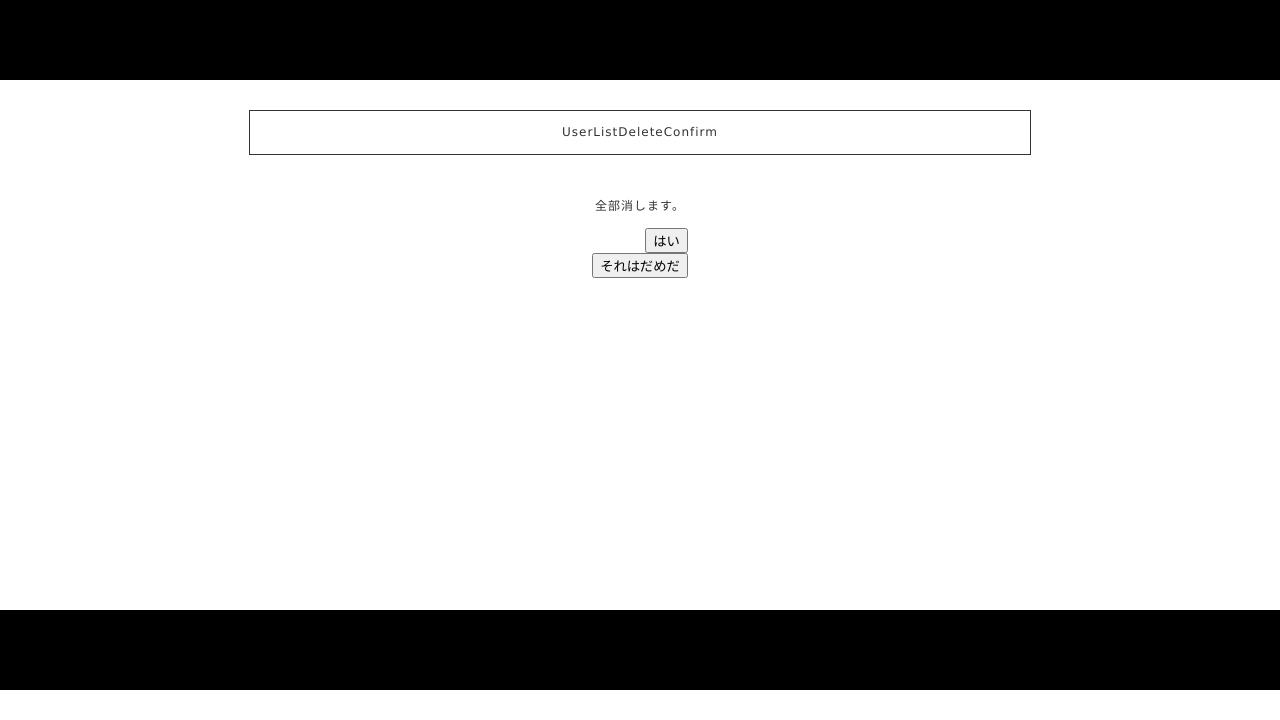
Repository: user-yo-yo/test
Page: http://localhost/ecsite/userListDeleteConfirm.jsp
These files come from the project's save history. The page is drawn as it stood at one moment and after the next save; the edit follows.
The browser window is 1280 px wide. The pictures show the whole page.
The page is served by Tomcat 9. Other server files are loaded and not shown.

Above is the page before, as saved 2019-03-14 07:02:16.

### ecsite/WebContent/userListDeleteConfirm.jsp
<%@ page language="java" contentType="text/html; charset=UTF-8"
    pageEncoding="UTF-8"%>
<%@ taglib prefix="s" uri="/struts-tags"%>
<!DOCTYPE html>
<html>
<head>
<meta http-equiv="Content-Type" content="text/html; charset=UTF-8" />
<meta http-equiv="Content-Style-Type" content="text/css" />
<meta http-equiv="Content-Script-Type" content="text/javascript" />
<meta http-equiv="imagetoolbar" content="no" />
<meta name="description" content="" />
<meta name="keywords" content="" />
<title>UserListDeleteConfirm画面</title>

<style type="text/css">
/* ========TAG LAYOUT======== */
body{
	margin:0;
	padding:0;
	line-height:1.6;
	letter-spacing:1px;
	font-family:Verdana,Helvetica,sans-serif;
	font-size:12px;
	color:#333;
	background:#fff;
}

table{
	text-align:center;
	margin:0 auto;
}

/* ========ID LAYOUT======== */
#top{
	width:780px;
	margin:30px auto;
	border:1px solid #333;
}

#header{
	width:100%;
	height:80px;
	background-color:black;
}

#main{
	width:100%;
	height:500px;
	text-align:center;
}

#footer{
	width:100%;
	height:80px;
	background-color:black;
	clear:both;
}

#text-center{
	display:inline-block;
	text-align:center;
}

</style>

</head>
<body>
	<div id="header">
		<div id="pr">
		</div>
	</div>

	<div id="main">
		<div id="top">
			<p>UserListDeleteConfirm</p>
		</div>
		<div id="text-center">
			<p>全部消します。</p>
			<s:submit value="はい" />
			<s:submit value="それはだめだ" />
		</div>
	</div>

	<div id="footer">
		<div id="pr">
		</div>
	</div>

</body>
</html>

After the next save:
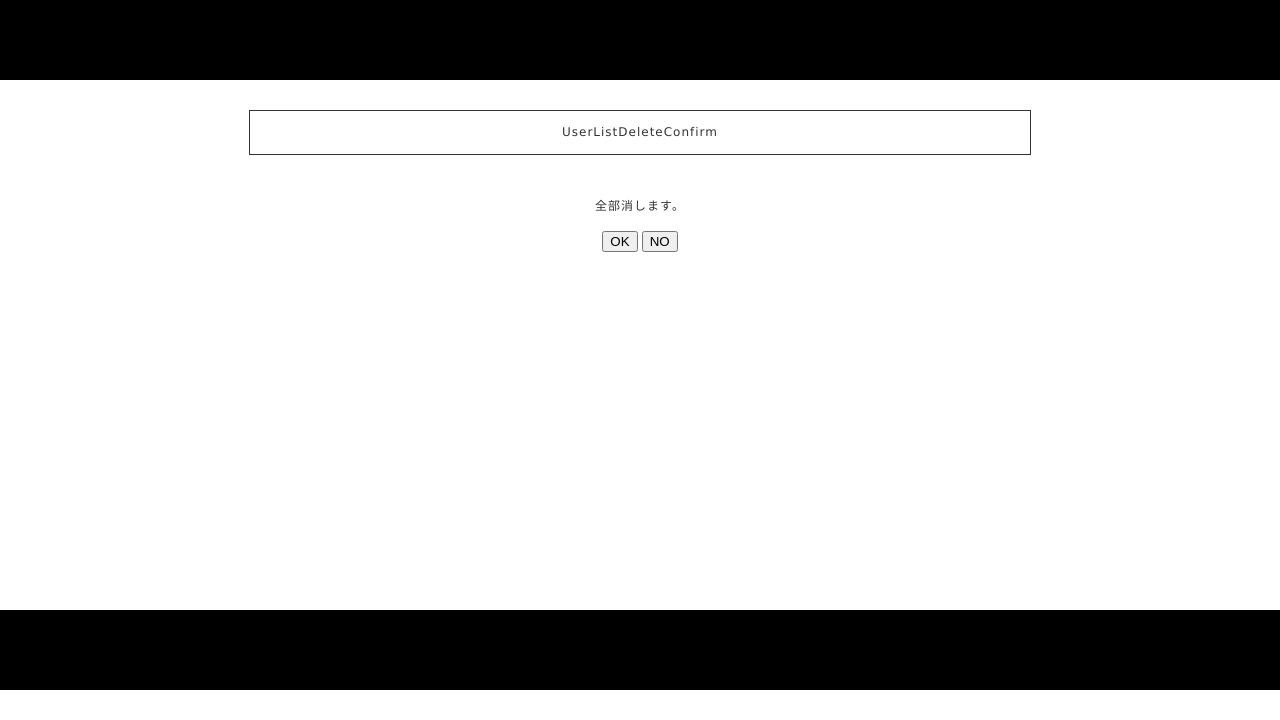
Saved 30 s later.
--- a/ecsite/WebContent/userListDeleteConfirm.jsp
+++ b/ecsite/WebContent/userListDeleteConfirm.jsp
@@ -76,8 +76,12 @@
 		</div>
 		<div id="text-center">
 			<p>全部消します。</p>
-			<s:submit value="はい" />
-			<s:submit value="それはだめだ" />
+			<s:form>
+			<tr>
+				<td><input type="button" value="OK" onclick="submitAction('ItemListDeleteCompleteAction')"/></td>
+				<td><input type="button" value="NO" onclick="submitAction('ItemListAction')"/></td>
+			</tr>
+			</s:form>
 		</div>
 	</div>
 
